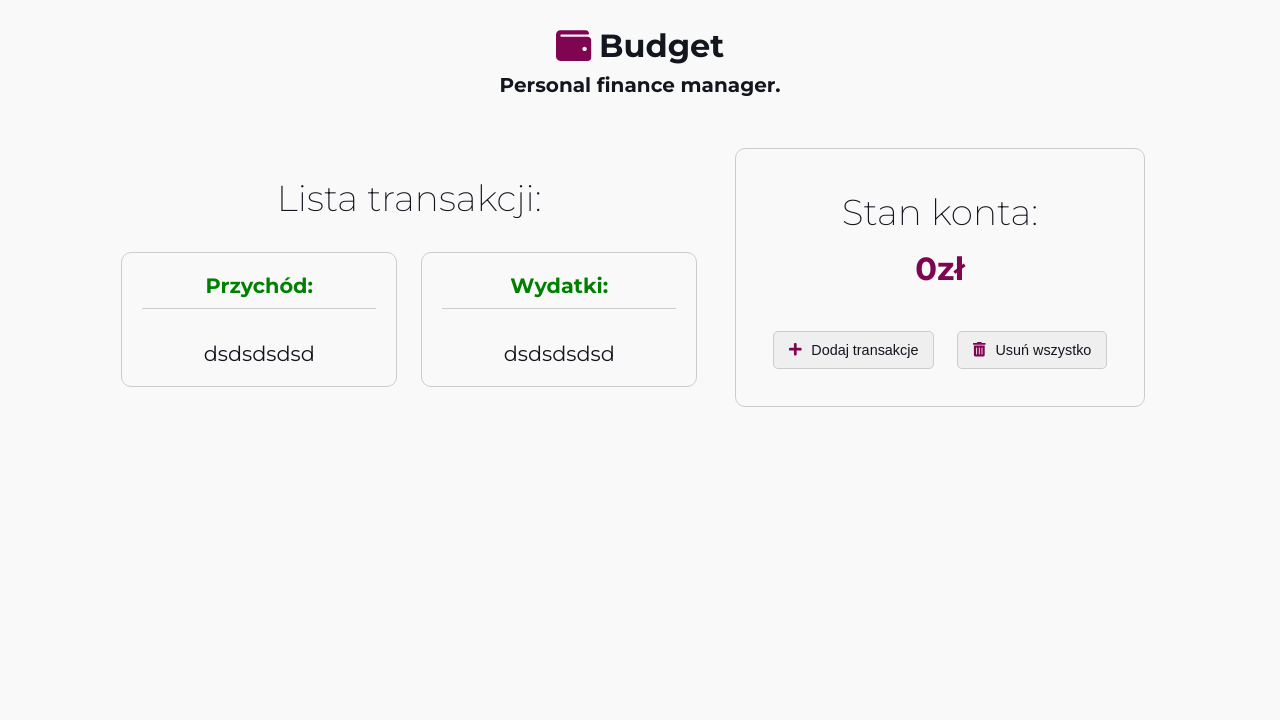
Repository: KrzysKolo/sr_tydzien4_zad4
Page: /, after clicking the first element matching `button.sc-dLMFU`
The author's editor kept a copy of each file at every save. The page is drawn from the files as they stood at one save, then again after a run of saves.
The browser window is 1280 px wide. The pictures show the whole page.
Some web libraries are served in a nearby version. The project was rebuilt for these pictures with package versions that can differ from the ones it lists, and the page was loaded fresh each time. Also part of the build but not shown: src/components/budgetComponents/formComponents/ErrorMessage.js.

Above is the page before, as saved 2020-12-03 16:58:26.

### public/index.html
<!DOCTYPE html>
<html lang="en">
  <head>
    <meta charset="utf-8" />
    <link rel="icon" href="%PUBLIC_URL%/favicon.ico" />
    <meta name="viewport" content="width=device-width, initial-scale=1" />
    <meta name="theme-color" content="#000000" />
    <meta
      name="description"
      content="Web site created using create-react-app"
    />
    <link rel="apple-touch-icon" href="%PUBLIC_URL%/logo192.png" />
    <!--
      manifest.json provides metadata used when your web app is installed on a
      user's mobile device or desktop. See https://developers.google.com/web/fundamentals/web-app-manifest/
    -->
    <link rel="manifest" href="%PUBLIC_URL%/manifest.json" />
    <!--
      Notice the use of %PUBLIC_URL% in the tags above.
      It will be replaced with the URL of the `public` folder during the build.
      Only files inside the `public` folder can be referenced from the HTML.

      Unlike "/favicon.ico" or "favicon.ico", "%PUBLIC_URL%/favicon.ico" will
      work correctly both with client-side routing and a non-root public URL.
      Learn how to configure a non-root public URL by running `npm run build`.
    -->
    <link
      href="https://fonts.googleapis.com/css?family=Montserrat:200,400,700&display=swap&subset=latin-ext"
      rel="stylesheet"
    />
    <script
      src="https://kit.fontawesome.com/327a0d490c.js"
      crossorigin="anonymous"
    ></script>
    <title>Budget</title>
  </head>
  <body>
    <noscript>You need to enable JavaScript to run this app.</noscript>
    <div id="root"></div>
    <!--
      This HTML file is a template.
      If you open it directly in the browser, you will see an empty page.

      You can add webfonts, meta tags, or analytics to this file.
      The build step will place the bundled scripts into the <body> tag.

      To begin the development, run `npm start` or `yarn start`.
      To create a production bundle, use `npm run build` or `yarn build`.
    -->
  </body>
</html>

### src/App.js
import React from 'react';
import Budget from './components/Budget'

const App = () => {
  return (
    <>
      <Budget/>
    </>
  )
}

export default App;

### src/components/Budget.js
import React from 'react';
import Header from './budgetComponents/Header';
import Section from './budgetComponents/Section';
import SectionInfo from './budgetComponents/SectionInfo';
import H2 from './budgetComponents/sectionComponents/H2';
import styled, { createGlobalStyle } from 'styled-components';

const GlobalStyle = createGlobalStyle`
    * {
        padding: 0;
        margin: 0;
        box-sizing: border-box;
    }
    body {
        background-color: #f9f9f9;
        color: #14161f;
        font-family: "Montserrat", sans-serif;
        font-size: 16px;
        min-height: 100vh;
    }
    `;
const Container = styled.main`
    font-size: 1.5rem;
`;
const SectionContainer = styled.section`
    display: flex;
    flex-direction: row;
    justify-content: center;
    align-items: center;
`;
const SectionBudget = styled.section`
    display: flex;
    flex-direction: column;
    justify-content: center;
    align-items: center;
`;
const DivItems = styled.div`
    display: flex;
    flex-direction: row;
    justify-content: center;
    align-items: center;

`;
const Budget = () => {
    return (
        <>
            <GlobalStyle />
            <Container>
                <Header />
                <SectionContainer>
                    <SectionBudget>
                        <H2 title={"Lista transakcji"} />
                        <DivItems>
                            <Section title={"Przychód"} label={"p"}/>
                            <Section title={"Wydatki"}/>
                        </DivItems>
                    </SectionBudget>
                    <SectionInfo title={"Stan konta"}/>
                </SectionContainer>
            </Container>

        </>
    )
}

export default Budget;

### src/components/budgetComponents/Header.js
import React from 'react';
import styled from 'styled-components';
import { FontAwesomeIcon } from '@fortawesome/react-fontawesome';
import { faWallet } from '@fortawesome/free-solid-svg-icons';

const SectionHeader = styled.header`
    align-items: center;
    color: rgb(127, 5, 80);
    display: flex;
    font-size: 2.2rem;
    flex-direction: column;
    justify-content: center;
    padding: 2%;
`;
const DivHeader = styled.div`
    align-items: center;
    display: flex;
    flex-direction: row;
    justify-content: center;
    margin-bottom: 0.5rem;
`;
const H1Header = styled.h1`
    color: #14161f;
    font-size: 2rem;
    margin-left: .5rem;
`;
const H2Header = styled.h2`
    color: #14161f;
    font-size: 1.25rem;
`;
const Header = () => {
    return (
        <SectionHeader>
            <DivHeader>
                <FontAwesomeIcon icon={faWallet}/>
                <H1Header>Budget</H1Header>
            </DivHeader>
            <H2Header>Personal finance manager.</H2Header>
        </SectionHeader>
    )
}

export default Header;

### src/components/budgetComponents/Section.js
import React from 'react';
import { H1 }from './sectionComponents/index';
import styled from 'styled-components';

const SectionWrapper = styled.section`
    border: 1px solid #ccc;
    border-radius: 10px;
    display: flex;
    flex-direction: column;
    font-size: 1.3rem;
    justify-content: center;
    align-items: center;
    margin: 2%;
    padding: 20px;
    width: 300px;
`;
const Section = ({ title, label }) => {
    return (
        <SectionWrapper>
           <H1 title={title} label={label}> </H1>
           <p>dsdsdsdsd</p>
        </SectionWrapper>
    )
}

export default Section;

### src/components/budgetComponents/SectionInfo.js
import React, { useState } from 'react';
import { H2, P } from './sectionComponents/index';
import Form from './Form';
import Button from './../budgetComponents/buttons/Button';
import styled from 'styled-components';
import { faPlus,  faTrashAlt } from '@fortawesome/free-solid-svg-icons';
const SectionWrapper = styled.section`
    border: 1px solid #ccc;
    border-radius: 10px;
    display: flex;
    flex-direction: column;
    margin: 2vw;
    padding: 2%;
`;
const ButtonWrapper = styled.div`
    display: flex;
    flex-direction: row;
`;

const SectionInfo = ({ title }) => {
  /*   const [showForm, setShowForm] = useState(false);
    const openForm = () =>{
    setShowForm(true);
  }; */
    return (
        <>
        <SectionWrapper>
           <H2 title={title}> </H2>
           <P />
           <ButtonWrapper>
                <Button title="Dodaj transakcje" icons={faPlus} type="submit" />
                <Button title="Usuń wszystko" icons={faTrashAlt} type="submit"/>
           </ButtonWrapper>
        <Form />
        </SectionWrapper>

        </>
    )
}

export default SectionInfo;

### src/components/budgetComponents/sectionComponents/H2.js
import React from 'react'
import styled from 'styled-components';

const TitleH2 = styled.h2`
    font-weight: 200;
    margin: 2% auto;
    padding: 0.5rem;
`;

const H2 = ({title}) => {
    return (
        <TitleH2>
            {title}:
        </TitleH2>
    )
}

export default H2;

### src/components/budgetComponents/sectionComponents/index.js
export { default as H1 } from './H1';
export { default as H2 } from './H2';
export { default as P } from './P';

### src/components/budgetComponents/Form.js
import React, { useState } from 'react';
import { Header, Input, Select } from './formComponents/';
import Button from './buttons/Button';
import styled from 'styled-components';
import SelectOptions from './../data/SelectOptions';
import { faBusinessTime, faSave, faWindowClose } from '@fortawesome/free-solid-svg-icons';
import { useFormik } from 'formik';
import * as yup from 'yup';

const FormWrapper = styled.form`

    background-color: #f9f9f9;
    border: 4px double rgb(127, 5, 80);
    border-radius: 10px;
    box-shadow: 3px 3px 5px rgba(127, 5, 80, 0.5);
    color: rgb(127, 5, 80);
    margin: 0 auto;
    padding: 10px;
    width: 30vw;
`;
const ButtonWrapper = styled.div`
    display: flex;
    flex-direction: row;
    justify-content: center;
    border-top: 1px solid rgba(127, 5, 80, 0.3);
    padding-top: 10px;
    margin-top: 1.4rem;
`;

const FormData = ({showForm}) => {
    const initialValues  = {
        name: '',
        amount: '',
        category: -1,
    };
    const validationSchema = yup.object({
        name: yup.string().required("Required").min(3, "Musi być min 3 znaki").max(50,"Moze być max 50 znaków"),
        amount: yup.number().required("Required").min(1, "Musi być conajmniej 1 cyfra"),
        category: yup.number().required("Musi być wybrane").min(0, ).max(5),
    })
    const onSubmit = ( values, {resetForm} ) => {
        console.log('Form data', values);
        setShowMessage(true);
        resetForm();
    };
    const [ showMessage, setShowMessage ] = useState(false);
    const formik = useFormik({
        initialValues,
        validationSchema,
        onSubmit,
    });
    return (
        <>
        { showForm ?
        (<FormWrapper onSubmit={formik.handleSubmit}>
            <Header icons={faBusinessTime} title={"Dodaj transakcje!"} />
            <Input type="text" label="Nazwa transakcji" name="name" placeholder="nazwa transakcji..." onChange={formik.handleChange} value={formik.values.name} onBlur={formik.handleBlur} error={formik.errors.name} message={formik.errors.name} touched={formik.touched.name} />
            <Input type="text" label="Kwota transakcji" name="amount" placeholder="kwota..." onChange={formik.handleChange} value={formik.values.amount} onBlur={formik.handleBlur} error={formik.errors.amount} message={formik.errors.amount} touched={formik.touched.amount}/>
            <Select options={SelectOptions} label="Wybierz kategorię transakcji" name="category" onChange={formik.handleChange} value={formik.values.category} onBlur={formik.handleBlur} error={formik.errors.category} message={formik.errors.category} touched={formik.touched.category}/>
            <ButtonWrapper>
                <Button type="save" title="Zapisz" icons={faSave}/>
                <Button title="Anuluj" icons={faWindowClose} type="cancel" />
            </ButtonWrapper>
        </FormWrapper>)
        : "" }
        </>
    )
}

export default FormData;

### src/components/budgetComponents/buttons/Button.js
import React from 'react';
import styled from 'styled-components';
import { FontAwesomeIcon } from '@fortawesome/react-fontawesome';

const ButtonDiv = styled.button`
    border: 1px solid #ccc;
    border-radius: 5px;
    margin: 0.7rem;
    padding: 10px 15px;
    display: flex;
    flex-direction: row;
    color: rgb(127, 5, 80);
    font-size: 0.9rem;
    cursor: pointer;
    transition: 0.3s ease-in-out;
    &:hover {
        border: 1px solid rgba(127, 5, 80, 0.4);
        background-color:  #f9f9f9;
        color: rgba(127, 5, 80, 0.5);
    }
`;
const ButtonTitleDiv = styled.div`
    margin-left: 10px;
    color: #14161f;
`;
const Button = ({ title, icons }) => {
    return (
        <ButtonDiv>
            <FontAwesomeIcon icon={icons} />
            <ButtonTitleDiv>{title}</ButtonTitleDiv>
        </ButtonDiv>
    )
}

export default Button;

### src/components/budgetComponents/sectionComponents/H1.js
import React from 'react'
import styled from 'styled-components';

const TitleH1 = styled.h1`
    border-bottom: 1px solid #ccc;
    color: ${label => label ? 'green' : 'red'};
    margin-bottom: 2rem;
    padding-bottom: 10px;
    display: block;
    width: 100%;
    text-align: center;
`;

const H1 = ({title, label}) => {
    return (
        <TitleH1>
            {title}:
        </TitleH1>
    )
}

export default H1;

### src/components/budgetComponents/sectionComponents/P.js
import React from 'react';
import styled from 'styled-components';

const InfoP = styled.p`
    color: rgb(127, 5, 80);
    font-size: 2rem;
    font-weight: bold;
    width: 100%auto;
    text-align: center;
    padding-bottom: 2rem;
`;

const P = () => {
    return (
        <InfoP>
            0zł
        </InfoP>
    )
}

export default P;

### src/components/budgetComponents/formComponents/index.js
export { default as Header } from './Header';
export { default as Input } from './Input';
export { default as ErrorMessage } from './ErrorMessage';
export { default as Select } from './Select';

### src/components/data/SelectOptions.js
const SelectOptions=[
    { id: -1, value: "-1", label:"", title: 'Select...' },
    { id: 0, value: "0", label:"[+]", title: 'Przychód' },
    { id: 1, value: "1", label:"[-]", title: 'Rachunki' },
    { id: 2, value: "2", label:"[-]", title: 'Sport' },
    { id: 3, value: "3", label:"[-]", title: 'Wyżywienie' },
    { id: 4, value: "4", label:"[-]", title: 'Kultura' },
    { id: 5, value: "5", label:"[-]", title: 'Wypoczynek' },
];
export default SelectOptions;

### src/components/budgetComponents/formComponents/Header.js
import React from 'react';
import styled from 'styled-components';
import { FontAwesomeIcon } from '@fortawesome/react-fontawesome';

const TitleH1 = styled.h1`
    border-bottom: 1px solid rgba(127, 5, 80, 0.3);
    display: flex;
    flex-direction: row;
    justify-content: center;
    align-items: center;
    font-size: 1.4rem;
    padding: 10px;
    text-align: center;
    margin-bottom: 1.4rem;
`;
const TitleDiv = styled.div`
    color: #14161f;
    font-family: "Montserrat", sans-serif;
    font-size: 1.3rem;
    font-weight: 600;
    margin-left: 5px;
`;
const Header = ({ title, icons } ) => {
    return (
        <TitleH1>
            <FontAwesomeIcon icon={icons}/>
            <TitleDiv>{title}</TitleDiv>
        </TitleH1>
    )
}

export default Header;

### src/components/budgetComponents/formComponents/Input.js
import React from 'react';
import styled from 'styled-components';
import ErrorMessage from './ErrorMessage';

const InputWrapper = styled.div`
    display: flex;
    flex-direction: column;
    justify-content: flex-start;
    color: #14161f;
    font-family: "Montserrat", sans-serif;
    padding: 5px;
    margin: 10px 0;
`;
const InputLabel = styled.label`
    padding-bottom: 5px;
    font-size: 1.1rem;
`;
const inputStyles = (error) => `
    padding: 5px 6px;
    border: 1px solid ${error ? '#d3170d' : 'rgba(127, 5, 80, 0.8)'};
    border-radius: 5px;
    font-family: inherit;
    font-size: 1rem;
`;
const InputContainer = styled.input`
    ${props => inputStyles(props.error && props.touched)}
`;
const Input = (props) => {
    const { label, name, message, error, touched} = props;
    return (
        <InputWrapper>
                <InputLabel htmlFor={name}>{label}:</InputLabel>
                <InputContainer {...props} id={name} />
                { error && touched && <ErrorMessage message={message}/>}
        </InputWrapper>
    )
}

export default Input;

### src/components/budgetComponents/formComponents/Select.js
import React from 'react';
import styled from 'styled-components';
import ErrorMessage from './ErrorMessage';

const SelectWrapper = styled.div`
    display: flex;
    flex-direction: column;
    justify-content: flex-start;
    color: #14161f;
    font-family: "Montserrat", sans-serif;
    padding: 5px;
    margin: 10px 0;
`;
const SelectLabel = styled.label`
    padding-bottom: 5px;
    font-size: 1.1rem;
`;
const selectStyles = (error) => `
    padding: 5px 6px;
    border: 1px solid ${error ? '#d3170d' : 'rgba(127, 5, 80, 0.8)'};
    border-radius: 5px;
    font-family: inherit;
    font-size: 1rem;
`;
const SelectContainer = styled.select`
    ${props => selectStyles(props.error && props.touched)}
`;

const Select = (props) => {
    const { label, name, options, error, message, touched } = props;
    return (
            <SelectWrapper>
                <SelectLabel>{label}:</SelectLabel>
                <SelectContainer {...props} id={name}>
                    {options.map(option => {
                        return (
                            <option key={option.id} value={option.value}>{option.label} {option.title}</option>
                        )
                    })}
                </SelectContainer>
                { error && touched && <ErrorMessage message={message} />}
            </SelectWrapper>
    )
}

export default Select;

Loaded but not shown: src/index.js (common file); src/index.css (common file)

After the next 2 saves:
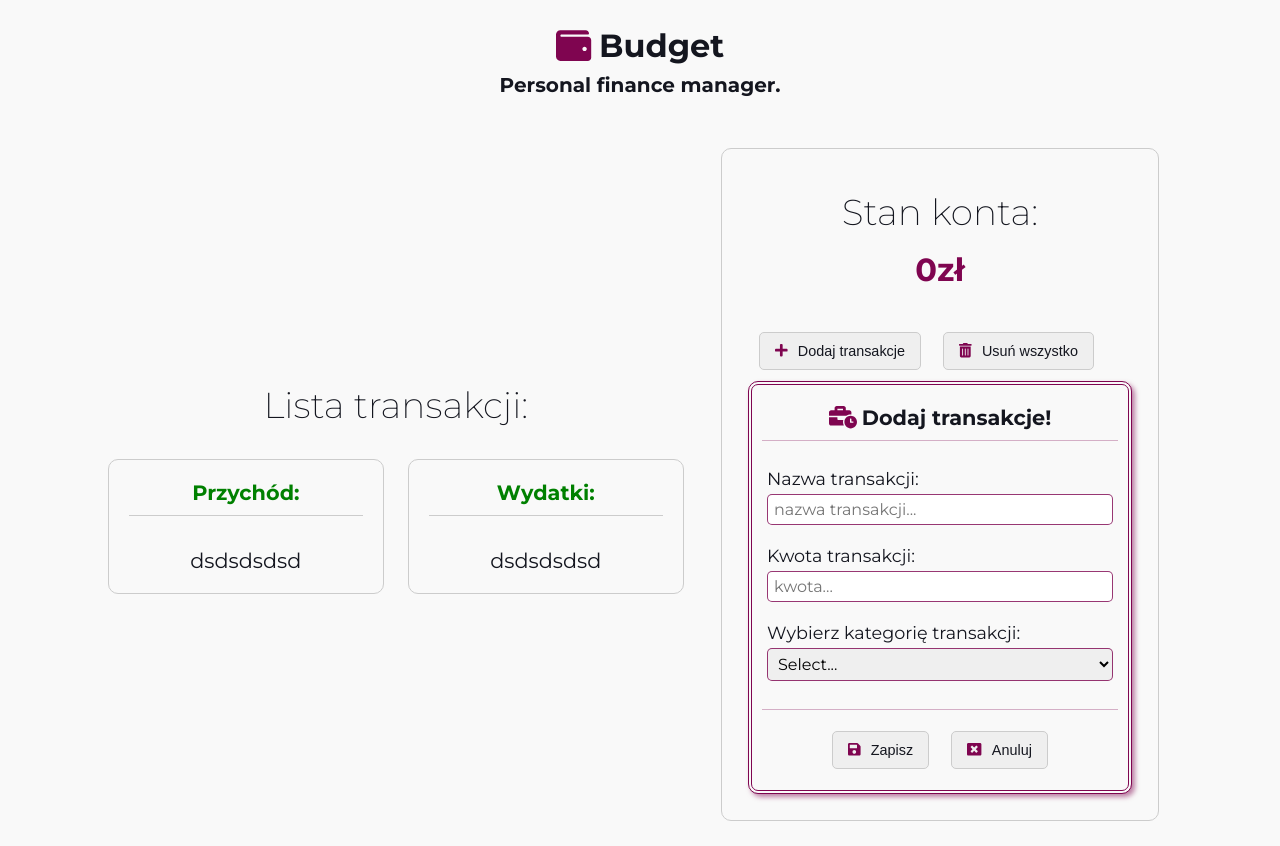
The 2 saves are shown as one change because 1 did not build or start.
The last was saved 60 s later.
--- a/src/components/budgetComponents/Form.js
+++ b/src/components/budgetComponents/Form.js
@@ -27,7 +27,7 @@ const ButtonWrapper = styled.div`
     margin-top: 1.4rem;
 `;
 
-const FormData = ({showForm}) => {
+const FormData = () => {
     const initialValues  = {
         name: '',
         amount: '',
@@ -51,8 +51,7 @@ const FormData = ({showForm}) => {
     });
     return (
         <>
-        { showForm ?
-        (<FormWrapper onSubmit={formik.handleSubmit}>
+        <FormWrapper onSubmit={formik.handleSubmit}>
             <Header icons={faBusinessTime} title={"Dodaj transakcje!"} />
             <Input type="text" label="Nazwa transakcji" name="name" placeholder="nazwa transakcji..." onChange={formik.handleChange} value={formik.values.name} onBlur={formik.handleBlur} error={formik.errors.name} message={formik.errors.name} touched={formik.touched.name} />
             <Input type="text" label="Kwota transakcji" name="amount" placeholder="kwota..." onChange={formik.handleChange} value={formik.values.amount} onBlur={formik.handleBlur} error={formik.errors.amount} message={formik.errors.amount} touched={formik.touched.amount}/>
@@ -61,8 +60,8 @@ const FormData = ({showForm}) => {
                 <Button type="save" title="Zapisz" icons={faSave}/>
                 <Button title="Anuluj" icons={faWindowClose} type="cancel" />
             </ButtonWrapper>
-        </FormWrapper>)
-        : "" }
+        </FormWrapper>
+
         </>
     )
 }
